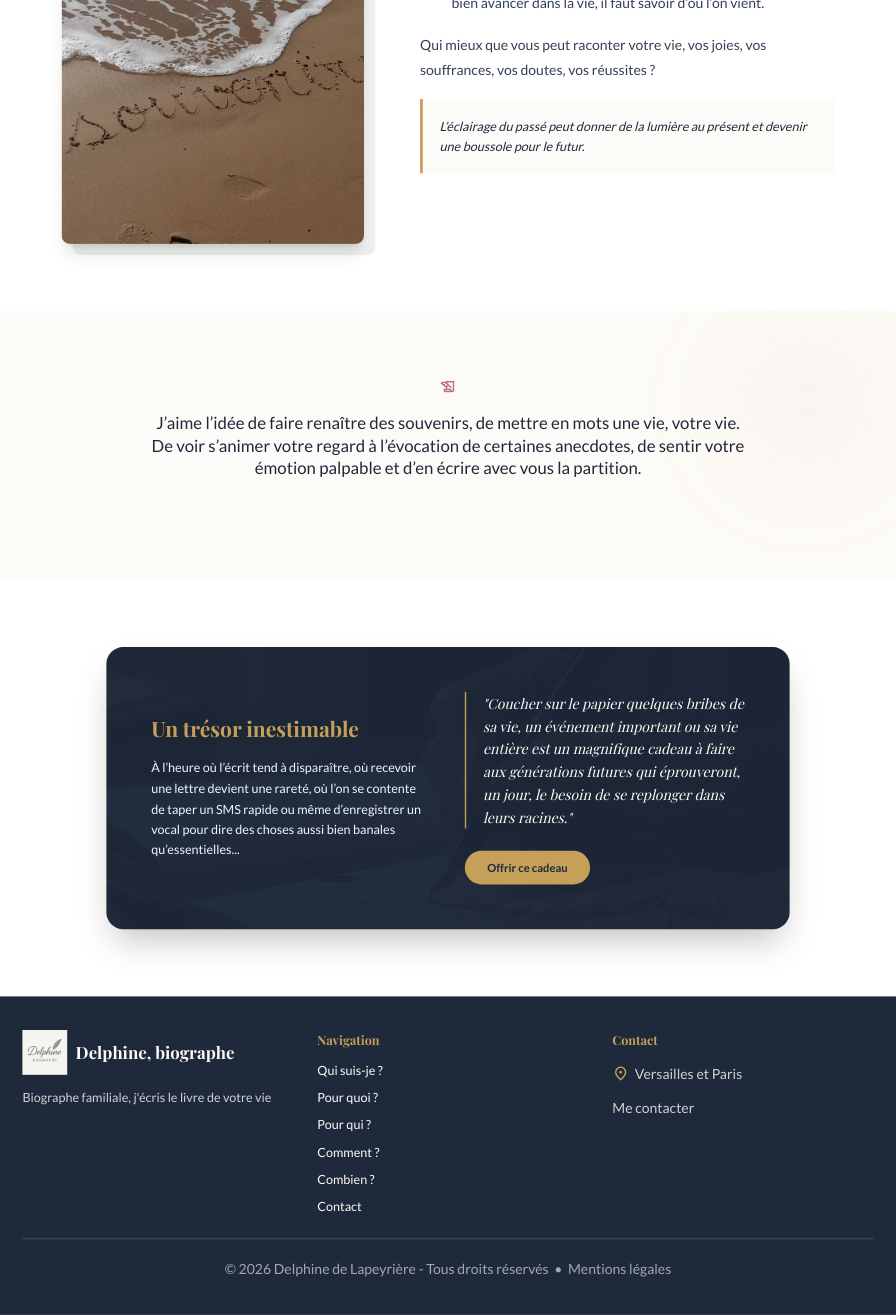
Repository: louisbdc/delphine-biographe
Page: /pour-quoi-faire
These files come from the project's save history. The page is drawn as it stood at one moment and after the next save; the edit follows.
The browser window is 1280 px wide. The pictures show the part of the page from y = 1499 to 3419 px (the page is 3377 px tall before and 3419 px after), at 70% of full size.
Some web fonts or font styles are not loaded; a fallback is used. The project was rebuilt for these pictures with package versions that can differ from the ones it lists, and the page was loaded fresh each time. The framework's server and built-in components were replaced by stand-ins that run in the browser. Also part of the build but not shown: next.config.js.

Above is the page before, as saved 2026-01-07 16:51:48.

After the next save:
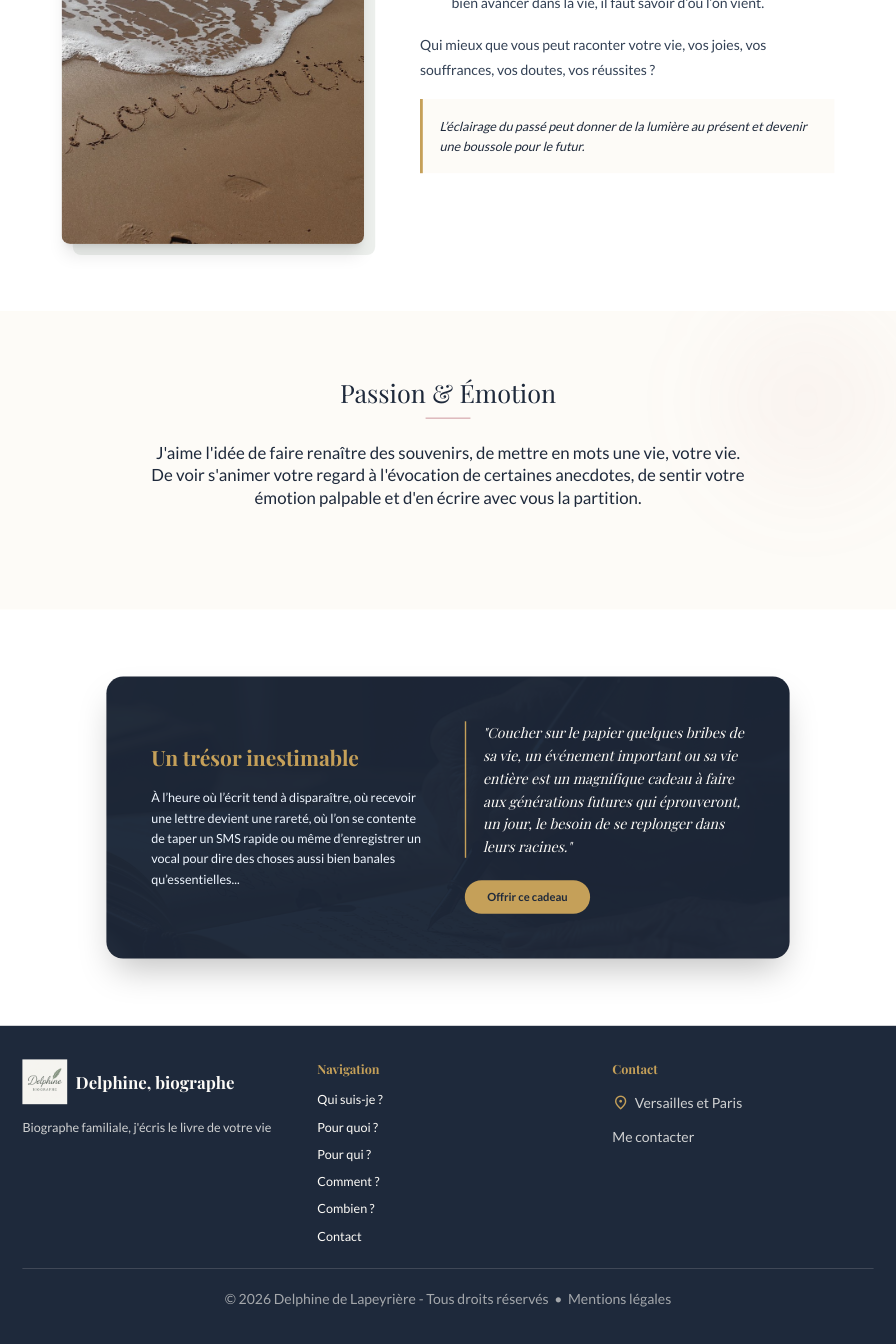
Saved 5 s later.
--- a/app/pour-quoi-faire/page.tsx
+++ b/app/pour-quoi-faire/page.tsx
@@ -101,11 +101,13 @@ export default function PourQuoi() {
         <div className="absolute top-0 right-0 w-64 h-64 bg-old-rose/5 rounded-full blur-3xl"></div>
         <div className="container mx-auto px-6 max-w-4xl relative z-10">
           <div className="text-center mb-12">
-            <span className="material-symbols-outlined text-5xl text-old-rose mb-6">history_edu</span>
+            <h2 className="text-3xl md:text-4xl font-serif text-navy mb-4">Passion & Émotion</h2>
+            {/* Séparateur signature */}
+            <div className="w-16 h-0.5 bg-old-rose/50 mx-auto mb-8"></div>
             <p className="text-xl md:text-2xl text-navy leading-relaxed font-light">
-              J’aime l’idée de faire renaître des souvenirs, de mettre en mots une vie, votre vie.
-              De voir s’animer votre regard à l’évocation de certaines anecdotes, de sentir votre
-              émotion palpable et d’en écrire avec vous la partition.
+              J'aime l'idée de faire renaître des souvenirs, de mettre en mots une vie, votre vie.
+              De voir s'animer votre regard à l'évocation de certaines anecdotes, de sentir votre
+              émotion palpable et d'en écrire avec vous la partition.
             </p>
           </div>
         </div>
